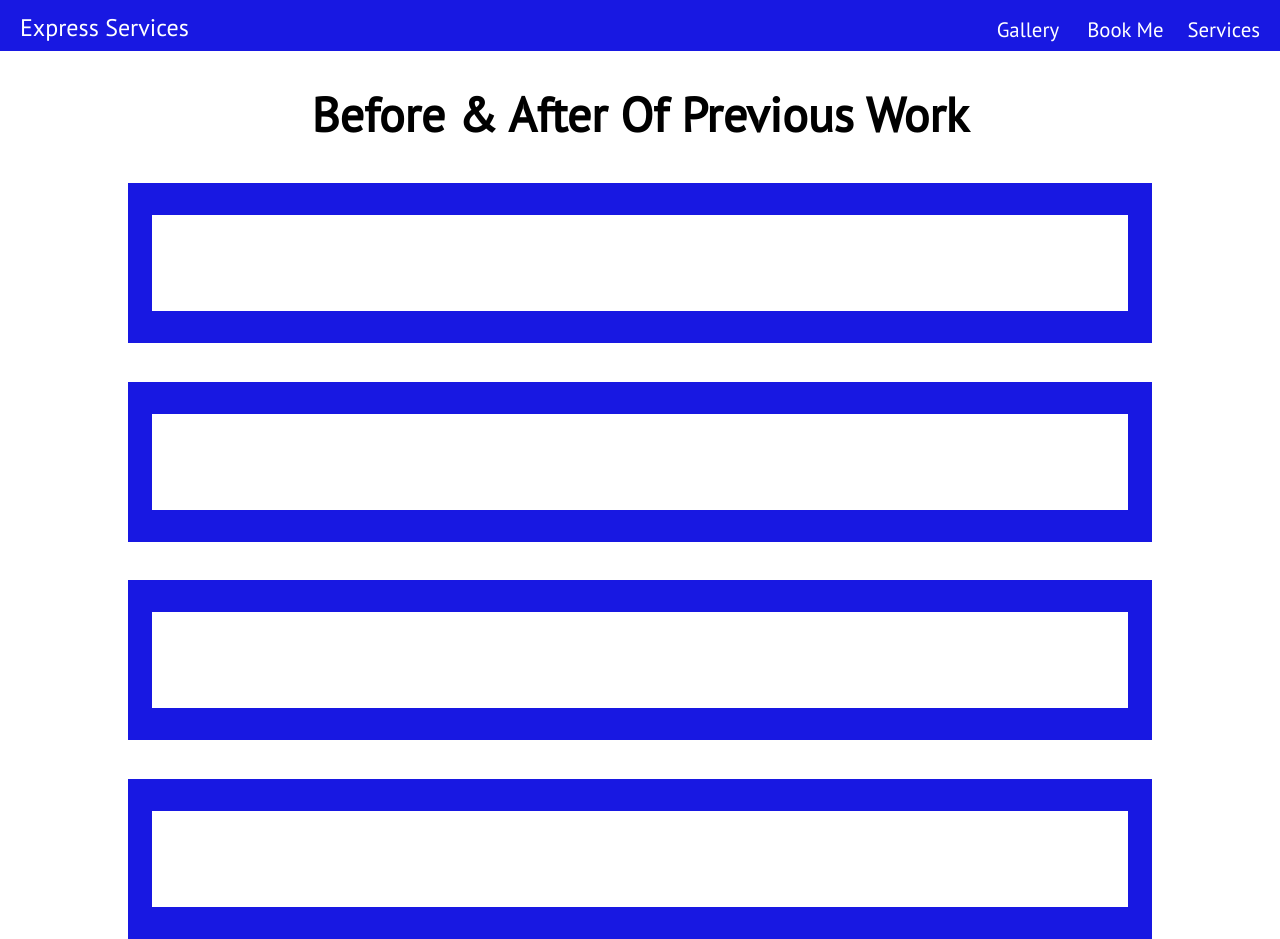
Repository: DrummerDee/mir-miami
Page: /Gallery (app in mr-miami/)
An editor plug-in stored every save of this project. The page is shown before and after the next save, followed by the edit.
The browser window is 1280 px wide. The pictures show the whole page.
The pointer rests on the first visible `.nav li`.
The project was rebuilt for these pictures with package versions that can differ from the ones it lists, and the page was loaded fresh each time. Also part of the build but not shown: mr-miami/src/Styles/Services.css, mr-miami/src/Components/Services.js, mr-miami/src/Components/Homepage.js, mr-miami/src/Styles/Calendar.css, mr-miami/src/Styles/Times.css, mr-miami/src/Components/Times.js, mr-miami/src/Components/Time.js, mr-miami/src/Components/BookMe.js.

Above is the page before, as saved 2022-09-08 21:57:36.

After the next save:
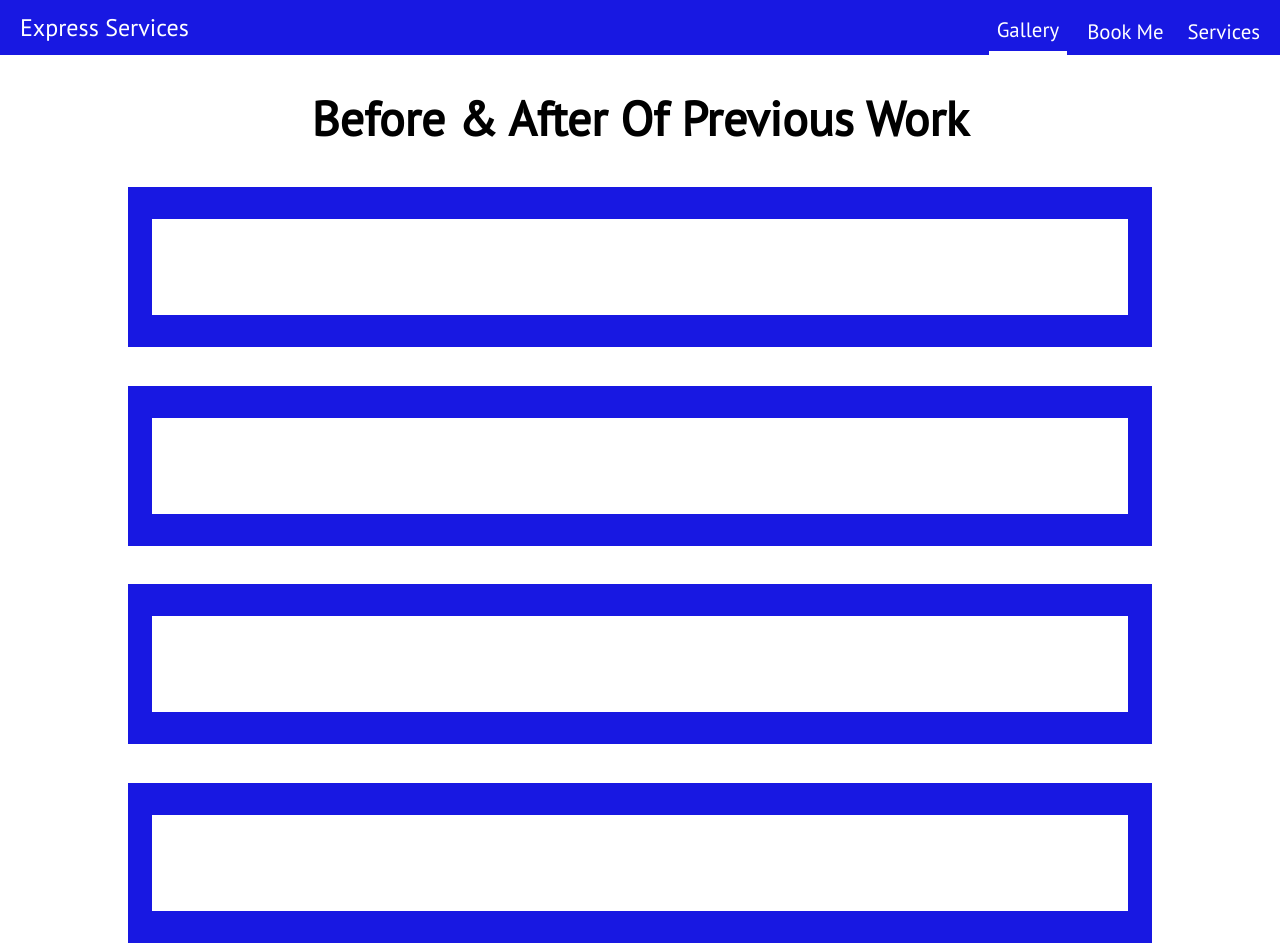
Saved 4 s later.
--- a/mr-miami/src/Styles/Homepage.css
+++ b/mr-miami/src/Styles/Homepage.css
@@ -44,7 +44,7 @@
 }
 
 .nav li:hover {
-  border-bottom: white
+  border-bottom: white 0.3rem solid;
   transition: all 0.3s ease-out;
   padding: 0.25rem;
 }
